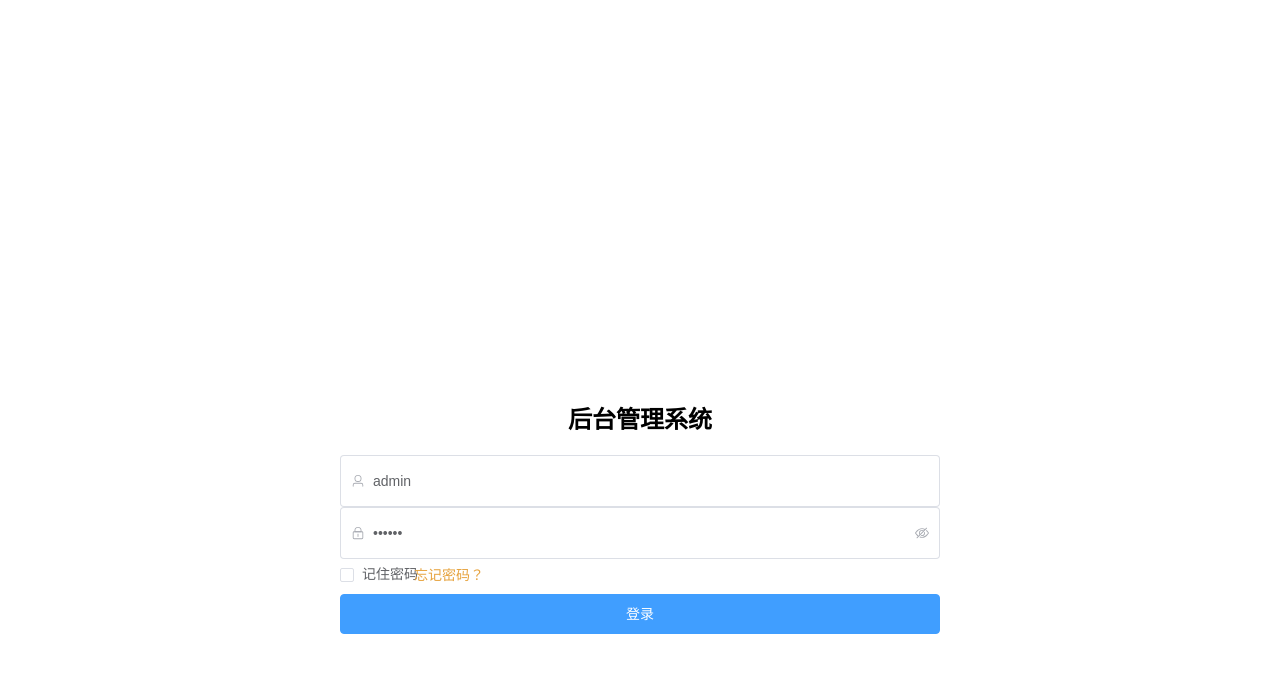
Repository: secret47/test-office-demo
Page: /login
The author's editor kept a copy of each file at every save. The page is drawn from the files as they stood at one save, then again after the next save.
The browser window is 1280 px wide. The pictures show the whole page.
The project was rebuilt for these pictures with package versions that can differ from the ones it lists, and the page was loaded fresh each time. Also part of the build but not shown: vite.config.js, src/layouts/components/menu.vue, src/layouts/components/header.vue, src/layouts/index.vue.

Above is the page before, as saved 2024-10-30 15:32:01.

### src/main.js
import { createApp } from 'vue'
import '@/style/main.scss'
import App from './App.vue'
import router from './router'

import lang from "./local"


import ElementPlus from "element-plus";
import 'element-plus/dist/index.css'
import * as ElementPlusIconsVue from '@element-plus/icons-vue'

const app = createApp(App);

for (const [key, component] of Object.entries(ElementPlusIconsVue)) {
    app.component(key, component)
}

app.use(lang)
app.use(ElementPlus)
app.use(router)
app.mount('#app')

### src/style/main.scss
* {
    padding: 0;
    margin: 0;
}

html,
body {
    width: 100%;
    height: 100%;
    background: #ffffff;
}

#app {
    width: 100%;
    height: 100%;
}

.main-container {
    width: 100%;
    height: 100%;
}

//顶部搜索
.searchBox {
    width: calc(95% - 30px);
    height: 70px;
    margin: 0 auto;
    padding: 15px;
    display: flex;
    flex-direction: column;
    justify-content: center;

    .new {
        width: 130px;
    }
    .item{
        width:350px;
    }
}

.list {
    width: 95%;
    height: calc(100% - 100px);
    margin: 0 auto;

    .tables {
        width: 100%;
        height: calc(100% - 50px);
    }

    .pages {
        width: 100%;
        height: 50px;
        display: flex;
        flex-direction: column;
        justify-content: center;

    }
}

### src/App.vue
<template>
  <!-- <div> -->
    <router-view />
  <!-- </div> -->
</template>

### src/router/index.js
import { createRouter, createWebHistory } from 'vue-router'
import layouts from "../layouts/index.vue"

const routes = [
    {
        path: '/login',
        name: 'Login',
        component: () => import('@/views/login.vue'),
    },
    // 其他路由...
    {
        path: "/dashboard",
        name: "Dashboard",
        component: layouts,
        meta: {
            title: "控制中心"
        },
        children: [
            {
                path: "basic",
                name: "Basic",
                meta: {
                    title: "基础管理"
                },
                component: () => import("@/views/dashboard/basic/index.vue"),
                children: [
                    {
                        path: "farm",
                        name: "farm",
                        meta: {
                            title: "蜂场管理"
                        },
                        component: () => import("@/views/dashboard/basic/farm/index.vue"),
                    }
                ]

            },
            {
                path: "adopt",
                name: "Adopt",
                meta: {
                    title: "认养管理"
                },
                component: () => import("@/views/dashboard/adopt/index.vue"),
                children: [
                    {
                        path: "price",
                        name: "Price",
                        meta: {
                            title: "价格管理"
                        },
                        component: () => import("@/views/dashboard/adopt/price/index.vue"),
                    }
                ]
            },
            {
                path:"order",
                name: "Order",
                meta:{
                    title: "订单管理"
                },
                component: () => import("@/views/dashboard/order/index.vue"),
                children:[
                    {
                        path: "list",
                        name: "OrderList",
                        meta: {
                            title: "订单列表"
                        },
                        component: () => import("@/views/dashboard/order/list/index.vue"),
                    }
                ]
            },
            {
                path: "user",
                name: "User",
                meta: {
                    title: "用户管理"
                },
                component: () => import("@/views/dashboard/user/index.vue"),
            },

        ]
    }
]

const router = createRouter({
    history: createWebHistory(),
    routes
})

export default router

### src/local/index.js
import { createI18n } from "vue-i18n";

import message from "./language"
const i18n = createI18n({
    locale: "zh",
    fallbackLocale: "zh",
    messages: message
})

export default i18n;

### src/views/login.vue
<template>
    <div class="login">
        <div class="header">
            <div class="logo"></div>
            <div class="language"></div>
        </div>
        <div class="loginBox">
            <div class="title">
                {{ $t('title') }}
            </div>
            <el-form :model="userInfo" label-width="0">
                <el-form-item>
                    <el-input v-model="userInfo.username" :placeholder="$t('username')" prefix-icon="user" />
                </el-form-item>
                <el-form-item>
                    <el-input v-model="userInfo.password" :placeholder="$t('password')" type="password" show-password
                        prefix-icon="lock" />
                </el-form-item>
                <el-form-item>
                    <div class="forget">
                        <div><el-checkbox>记住密码</el-checkbox></div>
                        <div><el-link right type="warning" :underline="false">忘记密码？</el-link></div>
                    </div>
                </el-form-item>
                <el-form-item>
                    <el-button type="primary" long class="logBtn" @click="login">{{ $t('login') }}</el-button>
                </el-form-item>
            </el-form>
        </div>
    </div>
</template>
<script setup>
import { reactive, ref } from 'vue'
const userInfo = reactive({
    username: "admin",
    password: "123123"
})

const login = ()=>{
    console.log(userInfo)
}

</script>
<style lang="scss" scoped>
.header {
    width: 100%;
    height: 80px;
    background: #ffffff;
}

.loginBox {
    width: 600px;
    /* 调整为更合理的宽度 */
    margin: 300px auto 0;
    padding: 20px;

    .title {
        font-size: 24px;
        font-weight: 700;
        text-align: center;
        margin-bottom: 20px;
    }


    .forget {
        display: flex;

        div {
            width: 50%;
            flex: 1;
        }
    }

    .logBtn {
        width: 100%;
        height: 40px;
    }
}

/* 使用 ::v-deep 来穿透 scoped 作用域 */
.loginBox ::v-deep .el-input__inner {
    height: 50px;
    /* 调整为更合理的高度 */
    width: 100%;
    /* 宽度设置为100%，填满父容器 */

}
</style>

### src/local/language/index.js
import zh from "./zh"
import en from "./en"

export default {
    ...en,
    ...zh
}

### src/local/language/zh.js
export default{
    zh:{
        title:"后台管理系统",
        login:"登录",
        username:"用户名",
        password:"密码",
        remember:"记住密码",
        forget:"忘记密码",
        save:"保存",
        confirm:"确定",
        cancel:"取消",
        delete:"删除",
        show:"查看",
        open:"打开"
    }
}

### src/local/language/en.js
export default{
    en:{
        title:"system management"
    }
}

Loaded but not shown: index.html (common file)

After the next save:
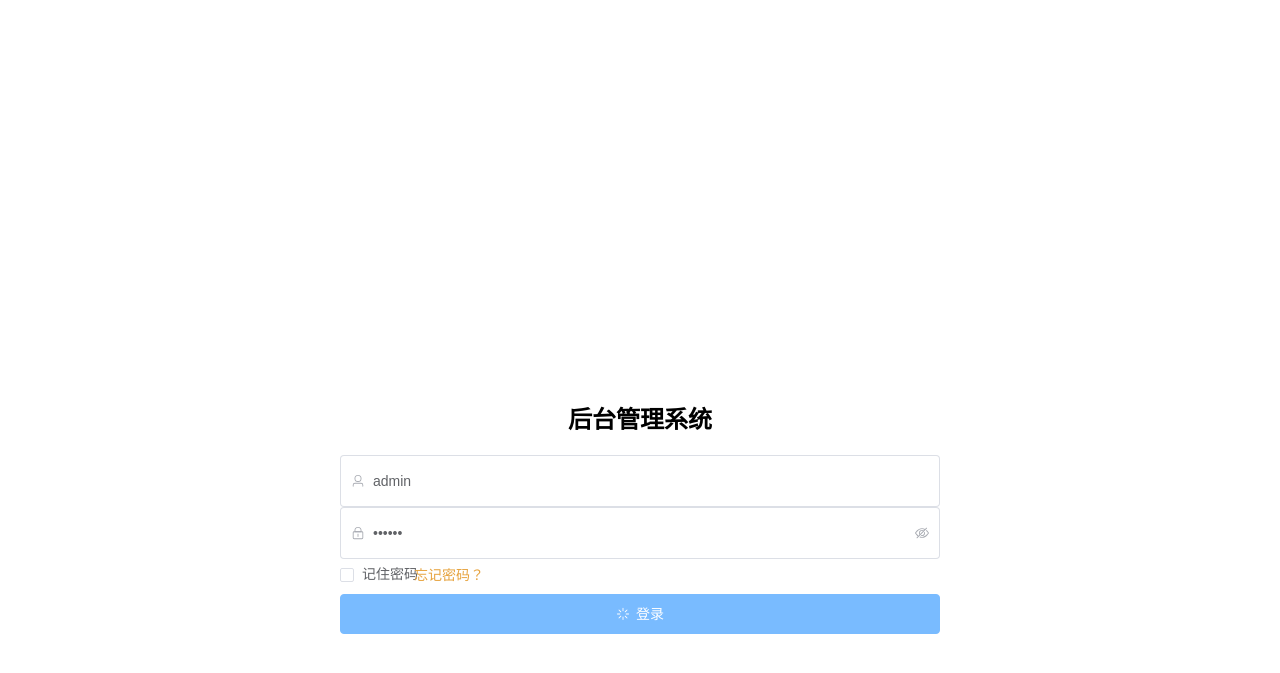
Saved 3 min 6 s later.
--- a/src/views/login.vue
+++ b/src/views/login.vue
@@ -23,7 +23,7 @@
                     </div>
                 </el-form-item>
                 <el-form-item>
-                    <el-button type="primary" long class="logBtn" @click="login">{{ $t('login') }}</el-button>
+                    <el-button type="primary" long class="logBtn" @click="login" loading>{{ $t('login') }}</el-button>
                 </el-form-item>
             </el-form>
         </div>

After the save that followed:
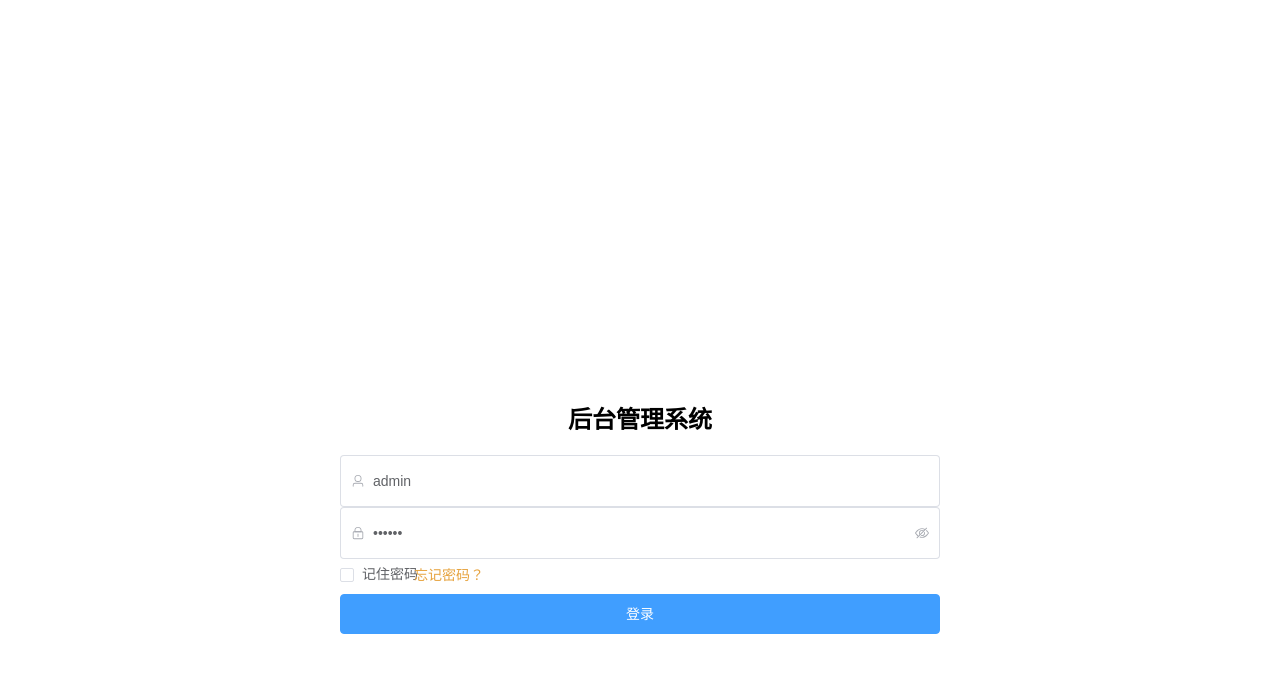
Saved 14 s later.
--- a/src/views/login.vue
+++ b/src/views/login.vue
@@ -23,7 +23,7 @@
                     </div>
                 </el-form-item>
                 <el-form-item>
-                    <el-button type="primary" long class="logBtn" @click="login" loading>{{ $t('login') }}</el-button>
+                    <el-button type="primary" long class="logBtn" @click="login" :loading="isLoading">{{ $t('login') }}</el-button>
                 </el-form-item>
             </el-form>
         </div>
@@ -35,6 +35,7 @@
     username: "admin",
     password: "123123"
 })
+const isLoading = ref(false)
 
 const login = ()=>{
     console.log(userInfo)
